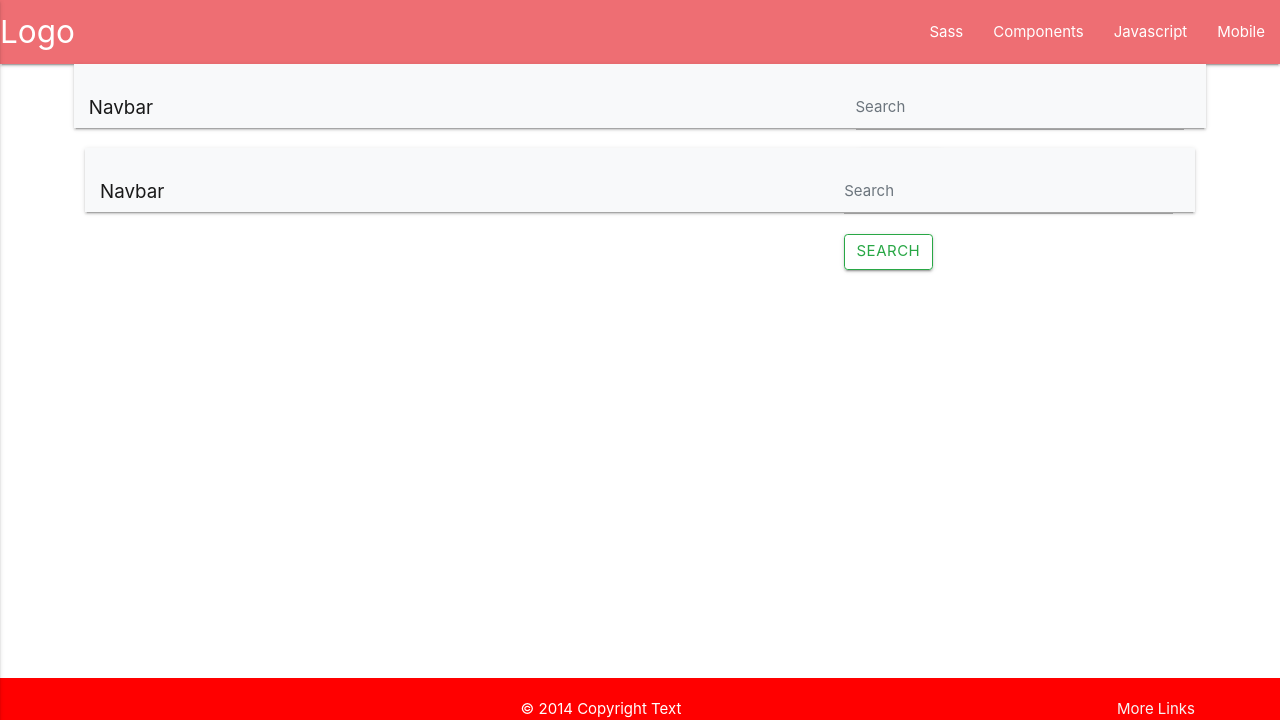
Repository: Lemoenskil/Milestone_project_3_Garden_planner
Page: http://localhost/
The author's editor kept a record of every edit. The page is drawn from the files as they stood at one moment, then again after the next edit.
The browser window is 1280 px wide. The pictures show the whole page.
Some web libraries are served in a nearby version. The page is served by the project's application, run on Flask 3 (app.py). Queries for data that is not in the repository find no rows.

Above is the page before.
Console error: TypeError: Cannot read properties of undefined (reading 'fn')

### templates/plant_records.html
{% extends "base.html" %}
{% block content %}

    <div class="row text-center">
      {% for plant in plants%}

        <a href="#" class="card col-md-11 col-lg-3 mt-5 col-sm-11 col-xl-3" >
          <img src="{{plant.picture_link}}" class="card-img-top" alt="">
              <div class="card-body">
                <h5 class="card-title">{{plant.plant_name}}</h5>
              </div>
        </a>
      {%endfor%}
      <nav class="navbar navbar-light bg-light">
        <a class="navbar-brand">Navbar</a>
        <form class="form-inline">
          <input class="form-control mr-sm-2" type="search" placeholder="Search" aria-label="Search">
          <button class="btn btn-outline-success my-2 my-sm-0" type="submit">Search</button>
        </form>
      </nav>
    </div>
    <nav class="navbar navbar-light bg-light">
      <a class="navbar-brand">Navbar</a>
      <form class="form-inline">
        <input class="form-control mr-sm-2" type="search" placeholder="Search" aria-label="Search">
        <button class="btn btn-outline-success my-2 my-sm-0" type="submit">Search</button>
      </form>
    </nav>

{% endblock %}

### templates/base.html
<!DOCTYPE html>
<html lang="en">
<head>
    <meta charset="UTF-8">
    <meta name="viewport" content="width=device-width, initial-scale=1.0">
    <meta http-equiv="X-UA-Compatible" content="ie=edge">
     <link href="https://fonts.googleapis.com/icon?family=Material+Icons" rel="stylesheet">
    <link rel="stylesheet" href="https://cdnjs.cloudflare.com/ajax/libs/materialize/0.100.2/css/materialize.min.css">
    <link href="https://stackpath.bootstrapcdn.com/bootstrap/4.4.1/css/bootstrap.min.css" rel="stylesheet" integrity="sha384-Vkoo8x4CGsO3+Hhxv8T/Q5PaXtkKtu6ug5TOeNV6gBiFeWPGFN9MuhOf23Q9Ifjh" crossorigin="anonymous">
    <script src="https://maxcdn.bootstrapcdn.com/bootstrap/4.1.1/js/bootstrap.min.js"></script>
    <link rel="stylesheet" href="{{url_for('static', filename='css/style.css')}}" type="text/css" />
    <title>Garden Planner</title>
</head>
<body>
    <header>
       <nav>
            <div class="nav-wrapper">
                <a href="#!" class="brand-logo">Logo</a>
                <a href="#" data-activates="mobile-demo" class="button-collapse"><i class="material-icons">menu</i></a>
                <ul class="right hide-on-med-and-down">
                    <li><a href="sass.html">Sass</a></li>
                    <li><a href="badges.html">Components</a></li>
                    <li><a href="collapsible.html">Javascript</a></li>
                    <li><a href="mobile.html">Mobile</a></li>
                </ul>
                <ul class="side-nav" id="mobile-demo">
                    <li><a href="sass.html">Sass</a></li>
                    <li><a href="badges.html">Components</a></li>
                    <li><a href="collapsible.html">Javascript</a></li>
                    <li><a href="mobile.html">Mobile</a></li>
                </ul>
            </div>
        </nav>
    </header>

    <main class="container">
        {% block content %}{% endblock %}
    </main>

    <footer class="page-footer">
        <div class="container" class="footer-copyright">
            © 2014 Copyright Text
            <a class="grey-text text-lighten-4 right" href="#!">More Links</a>
        </div>
    </footer>
    <script src="https://code.jquery.com/jquery-3.4.1.slim.min.js" integrity="sha384-J6qa4849blE2+poT4WnyKhv5vZF5SrPo0iEjwBvKU7imGFAV0wwj1yYfoRSJoZ+n" crossorigin="anonymous"></script>
    <script src="https://cdnjs.cloudflare.com/ajax/libs/jquery/3.2.1/jquery.min.js"></script>
    <script src="https://stackpath.bootstrapcdn.com/bootstrap/4.4.1/js/bootstrap.min.js"></script>
    <script src="https://cdnjs.cloudflare.com/ajax/libs/materialize/0.100.2/js/materialize.min.js"></script>
    <script type="text/javascript">
        $(document).ready(function() {
            $(".button-collapse").sideNav();
        });
            $('.carousel').carousel({
        interval: 2000
        });


    </script>
</body>
</html>

### app.py
import os
from flask import Flask, render_template, redirect, request, url_for
from flask_pymongo import PyMongo, DESCENDING
from bson.objectid import ObjectId


app = Flask ("----name----")
app.config["MONGO_DBNAME"] = 'garden_planner'
app.config["MONGO_URI"] = 'mongodb+srv://CP3O:iYmkh8QOgi2fhu2y@lemoenskil-4vjdx.mongodb.net/garden_planner?retryWrites=true&w=majority'

mongo = PyMongo(app)

@app.route('/')
@app.route('/plant_records')
def get_plant_record():
    plant_cards = mongo.db.plant_data.find().sort([('views', DESCENDING)]).limit(6)
    return render_template("plant_records.html", title="Home", plants = plant_cards)



if __name__ == '__main__':
    app.run(host=os.environ.get('IP'),
            port=int(os.environ.get('PORT')),
            debug=True)

### static/css/style.css
.mt-5, .my-5 {
    margin: 2rem!important;
}

.card{
  width: 100%;
}

body {
  display: flex;
  min-height: 100vh;
  flex-direction: column;
}

main {
  flex: 1 0 auto;
}


.page-footer{
    position: fixed;
   left: 0;
   bottom: 0;
   width: 100%;
   background-color: red;
   color: white;
   text-align: center;
}

.card-sm{
  margin-bottom: 50px;
}

.form-control-borderless {
    border: none;
}

.form-control-borderless:hover, .form-control-borderless:active, .form-control-borderless:focus {
    border: none;
    outline: none;
    box-shadow: none;
}

After the next edit:
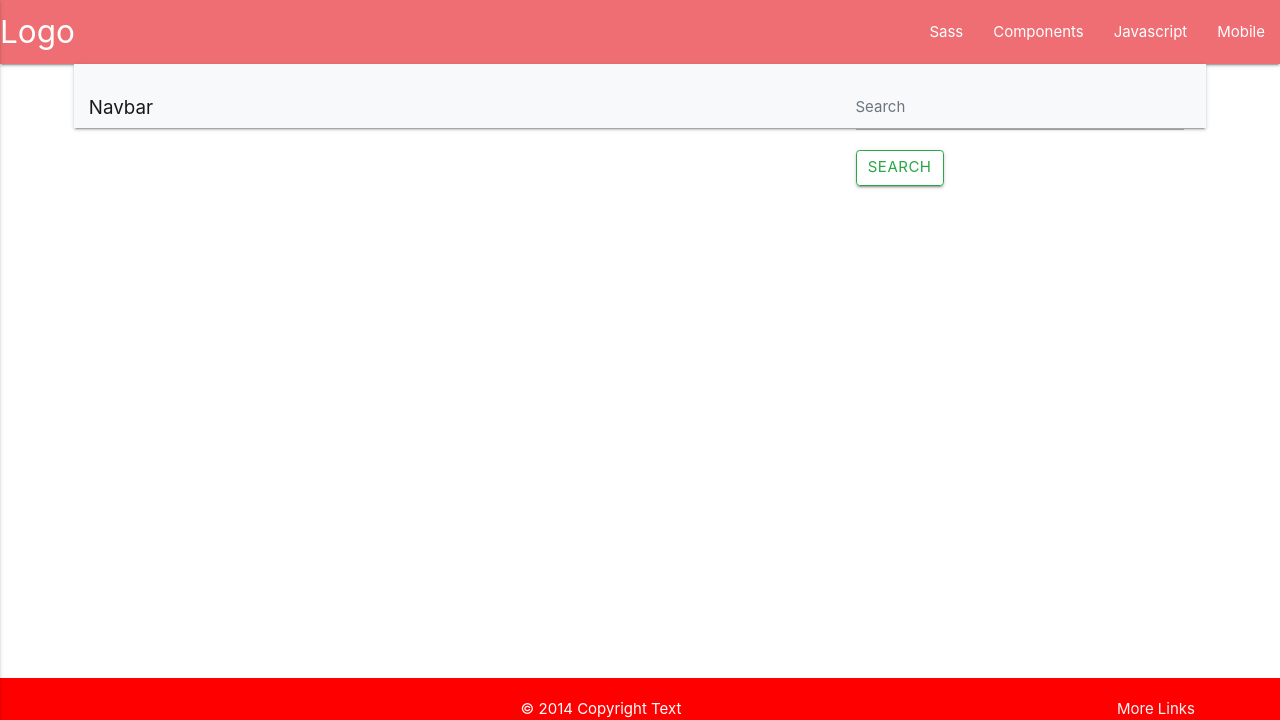
The edit:
--- a/templates/plant_records.html
+++ b/templates/plant_records.html
@@ -19,12 +19,6 @@
         </form>
       </nav>
     </div>
-    <nav class="navbar navbar-light bg-light">
-      <a class="navbar-brand">Navbar</a>
-      <form class="form-inline">
-        <input class="form-control mr-sm-2" type="search" placeholder="Search" aria-label="Search">
-        <button class="btn btn-outline-success my-2 my-sm-0" type="submit">Search</button>
-      </form>
-    </nav>
+
 
 {% endblock %}
